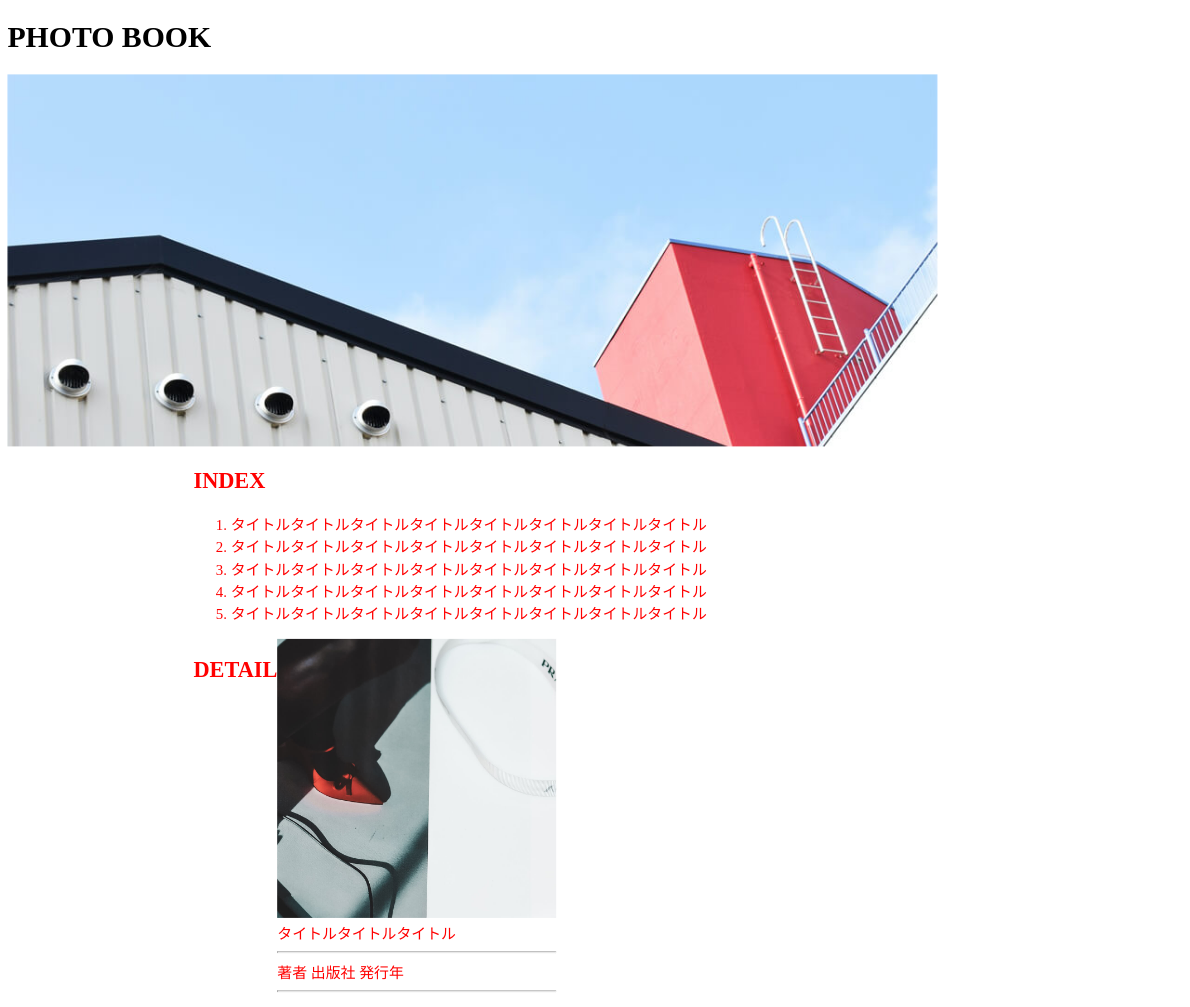
Repository: daytime/LP-study
Page: photo_book/index.html
The author's editor kept a copy of each file at every save. The page is drawn from the files as they stood at one save, then again after the next save.
The browser window is 1280 px wide. The pictures show the whole page, at 93% of full size.

Above is the page before, as saved 2025-01-29 12:12:47.

After the next save:
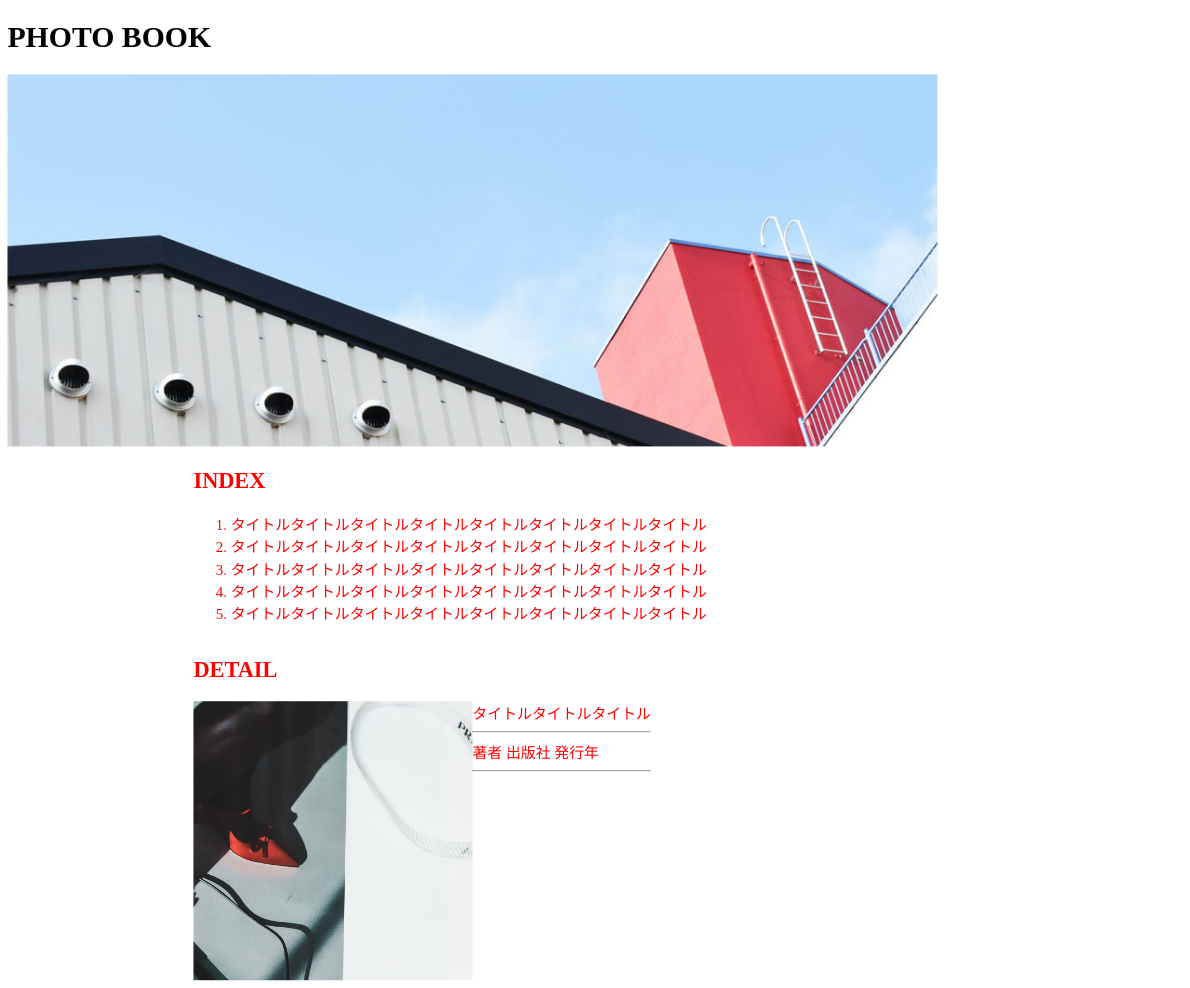
Saved 62 s later.
--- a/photo_book/index.html
+++ b/photo_book/index.html
@@ -37,10 +37,10 @@
         </div>
       </section>
       <section id="detail">
-        <div class="fully">
+        <div>
           <h2>DETAIL</h2>
           <div>
-            <div class="syousai">
+            <div class="fully">
               <img class="img" src="img/detail.jpg" alt="絵" />
               <div>
                 タイトルタイトルタイトル
